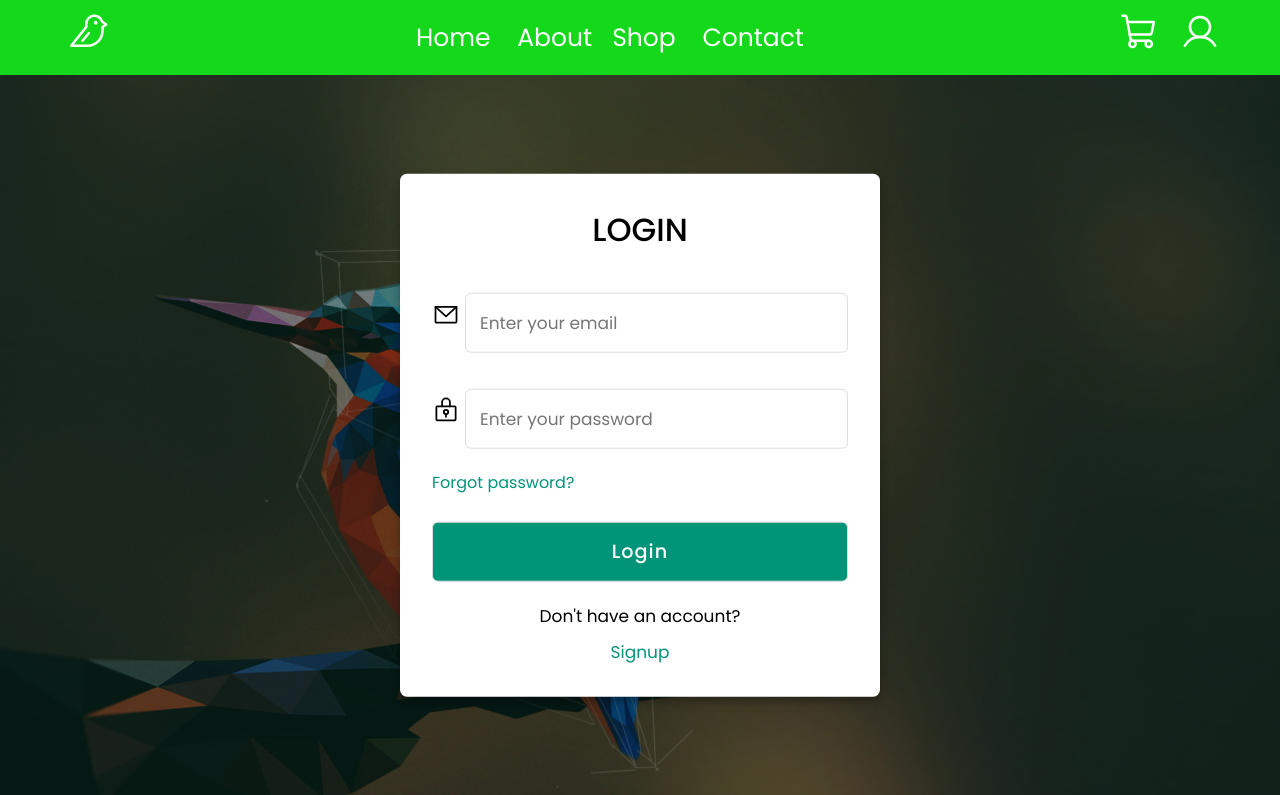
Repository: Vuhainam64/SWP391
Page: /register (app in React/swp391-app/)
The author's editor kept a copy of each file at every save. The page is drawn from the files as they stood at one save, then again after the next save.
The browser window is 1280 px wide. The pictures show the whole page.
The project was rebuilt for these pictures with package versions that can differ from the ones it lists, and the page was loaded fresh each time. Also part of the build but not shown: React/swp391-app/src/pages/home/home.jsx, React/swp391-app/src/pages/about/about.jsx, React/swp391-app/src/pages/shop/product.jsx, React/swp391-app/src/pages/shop/shop.css, React/swp391-app/src/pages/shop/shop.jsx, React/swp391-app/src/pages/contact/contact.jsx, React/swp391-app/src/pages/cart/cart-item.jsx, React/swp391-app/src/pages/cart/cart.css and 1 more.

Above is the page before, as saved 2023-06-01 09:55:28.

After the next save:
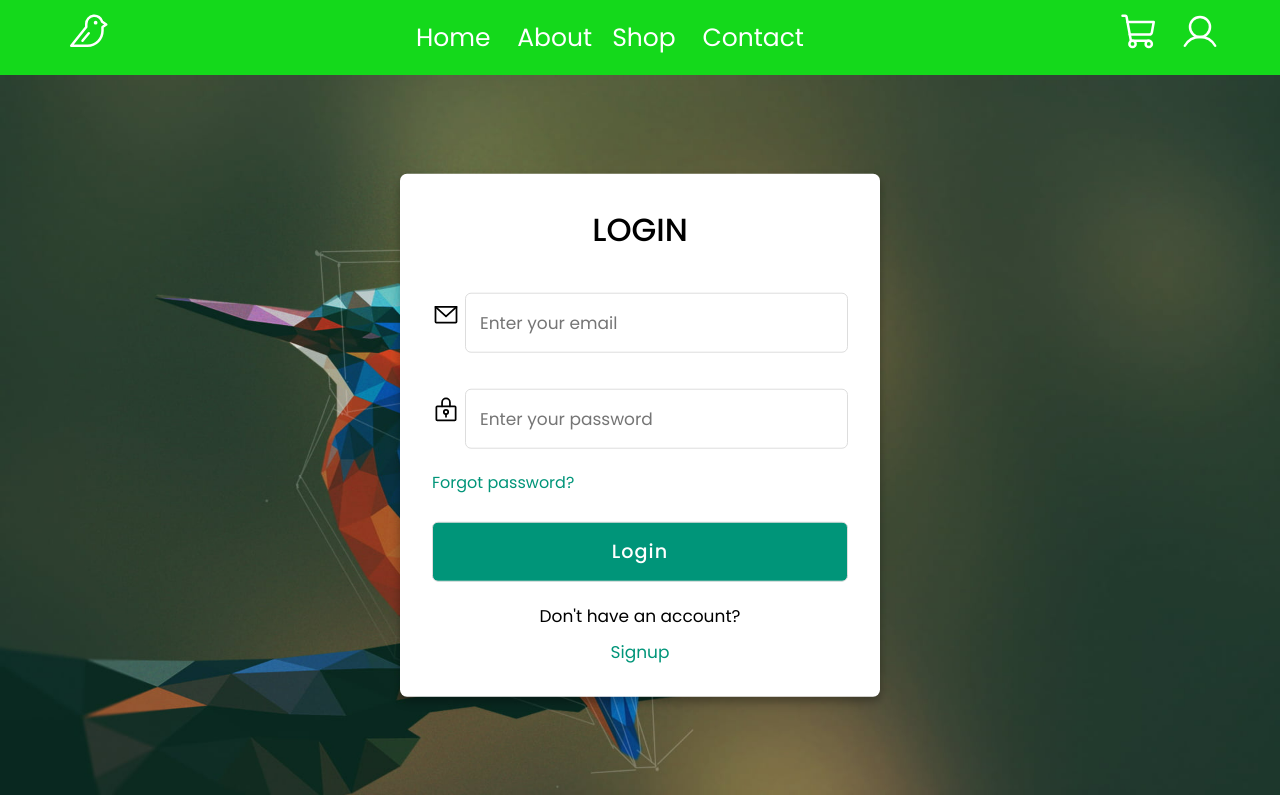
Saved 59 s later.
--- a/React/swp391-app/src/pages/register/register.css
+++ b/React/swp391-app/src/pages/register/register.css
@@ -11,7 +11,7 @@
   position: absolute;
   width: 100%;
   height: 100%;
-  background-image: linear-gradient(rgba(0,0,0,0.4),rgba(0,0,0,0.4)),url(../../assets/products/bird.jpg);
+  background-image: url(../../assets/products/bird.jpg);
   background-position: center;
   background-size: cover;
 }

After the save that followed:
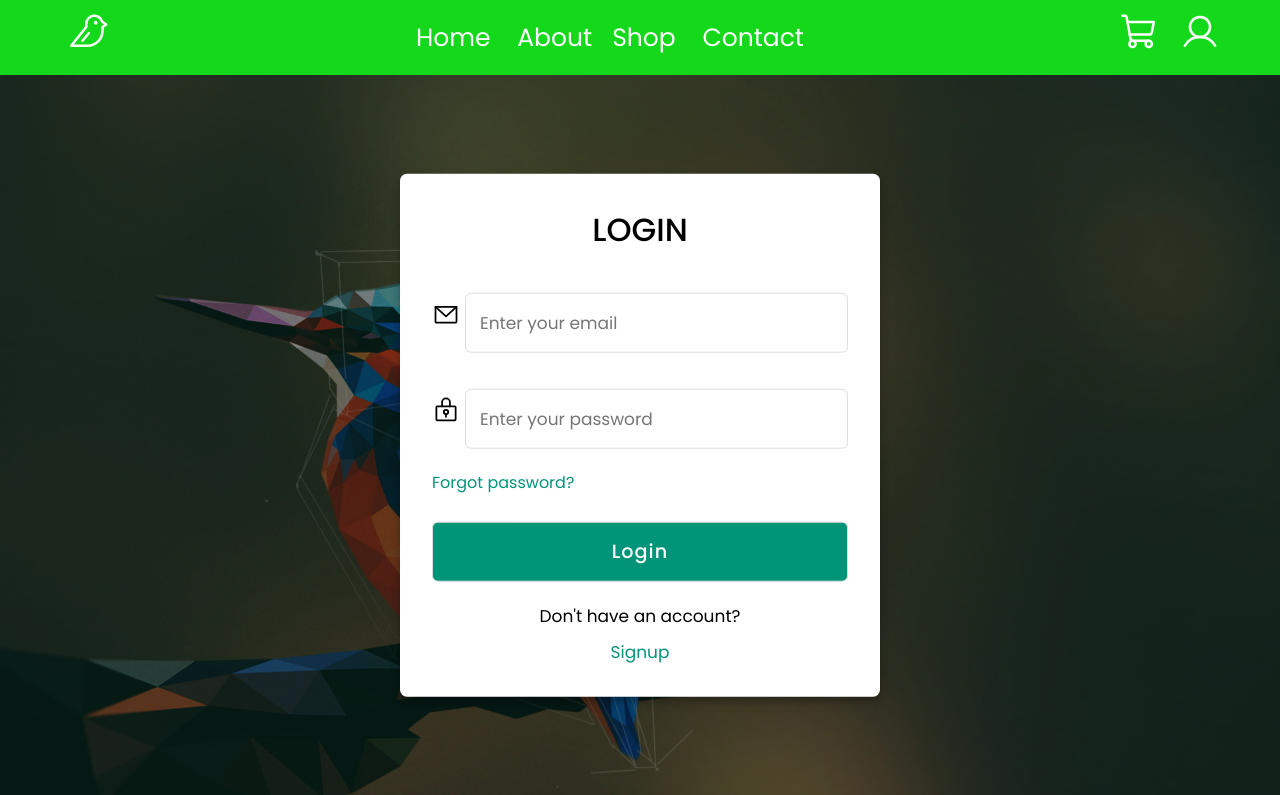
Saved 9 s later.
--- a/React/swp391-app/src/pages/register/register.css
+++ b/React/swp391-app/src/pages/register/register.css
@@ -11,7 +11,7 @@
   position: absolute;
   width: 100%;
   height: 100%;
-  background-image: url(../../assets/products/bird.jpg);
+  background-image: linear-gradient(rgba(0,0,0,0.4),rgba(0,0,0,0.4)),url(../../assets/products/bird.jpg);
   background-position: center;
   background-size: cover;
 }
